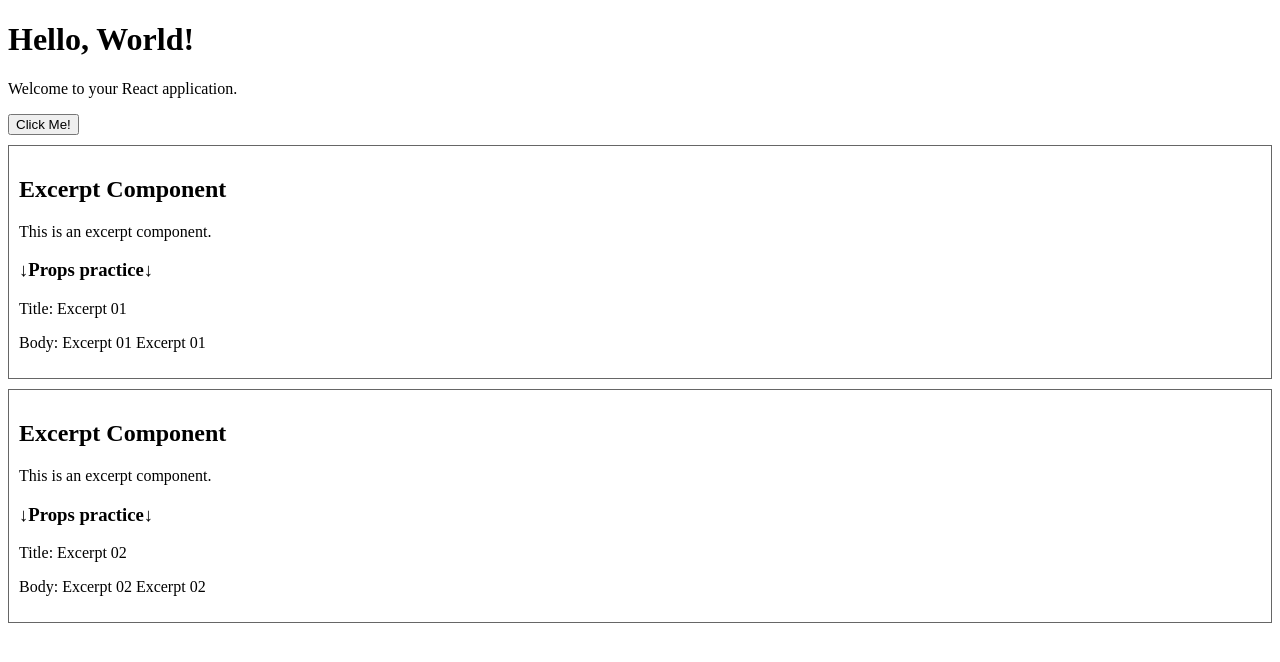
Repository: wendeshiro/D3-F-week1
Page: /
The author's editor kept a copy of each file at every save. The page is drawn from the files as they stood at one save, then again after a run of saves.
The browser window is 1280 px wide. The pictures show the whole page.
The project was rebuilt for these pictures with package versions that can differ from the ones it lists, and the page was loaded fresh each time. Also part of the build but not shown: vite.config.js.

Above is the page before, as saved 2025-09-08 16:01:06.

### index.html
<!doctype html>
<html lang="en">

<head>
  <meta charset="UTF-8" />
  <link rel="icon" type="image/svg+xml" href="/vite.svg" />
  <meta name="viewport" content="width=device-width, initial-scale=1.0" />
  <link rel="icon" href="/public/favicon.ico" type="image/x-icon" />
  <title>Week 01!!!</title>
</head>

<body>
  <div id="root">

  </div>
  <script type="module" src="/src/main.jsx"></script>
</body>

</html>

### src/index.css
.excerpt {
    border: 1px solid #666666;
    padding: 10px;
    margin: 10px 0;
    corner
}

### src/App.jsx
function App() {
  return (
    <div className="title">
      <h1>Hello, World!</h1>
      <p>Welcome to your React application.</p>
      <button>Click Me!</button>
      <Excerpt title="Excerpt 01" body="Excerpt 01 Excerpt 01"/>
      <Excerpt title="Excerpt 02" body="Excerpt 02 Excerpt 02"/>
    </div>
  );
}

// function Excerpt(props) {
//   return (
//     <div className="Excerpt">
//       <h2>Excerpt Component</h2>
//       <p>This is an excerpt component.</p>
//       <h3>↓Props practice↓</h3>
//       <p>Title: {props.title}</p>
//       <p>Body: {props.body}</p>
//     </div>
//   );
// }

// ↓ same as above but using destructuring
function Excerpt({title, body}) {
  return (
    <div className="excerpt">
      <h2>Excerpt Component</h2>
      <p>This is an excerpt component.</p>
      <h3>↓Props practice↓</h3>
      <p>Title: {title}</p>
      <p>Body: {body}</p>
    </div>
  );
}


export default App;

Loaded but not shown: src/main.jsx (common file)

After the next 4 saves:
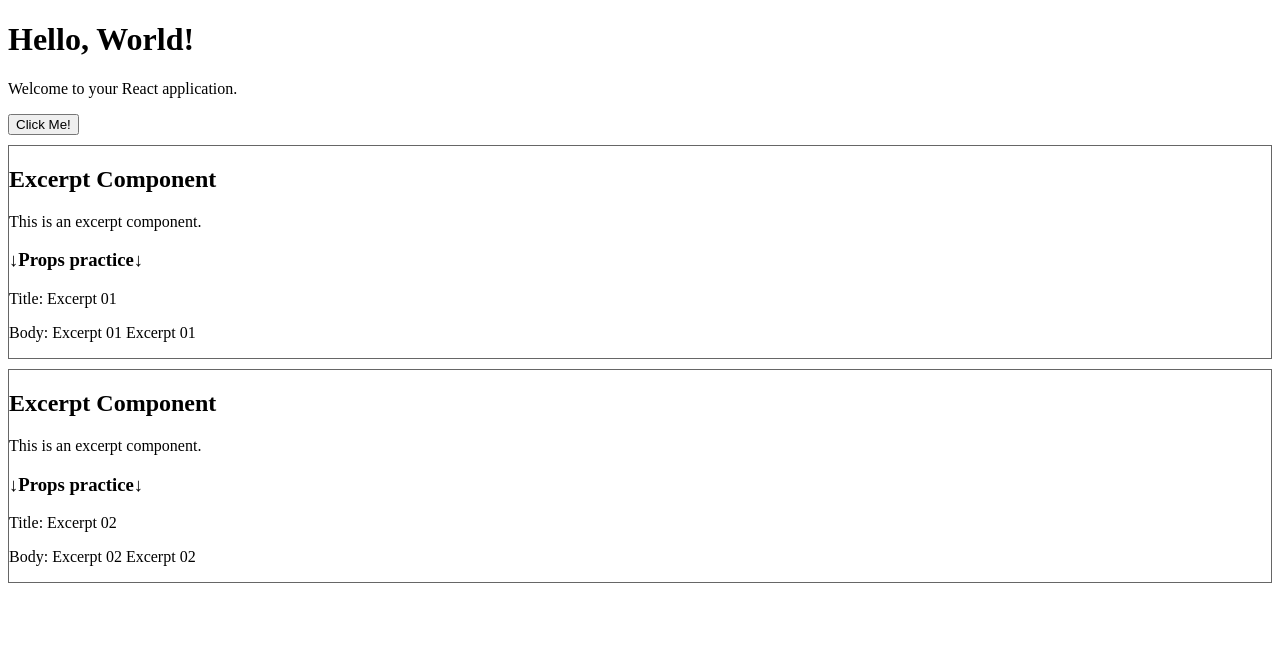
The 4 saves are shown as one change because they came seconds apart.
The last was saved 11 s later.
--- a/src/index.css
+++ b/src/index.css
@@ -1,6 +1,7 @@
 .excerpt {
     border: 1px solid #666666;
+    border
     padding: 10px;
     margin: 10px 0;
-    corner
+
 }

After the 2 saves that followed:
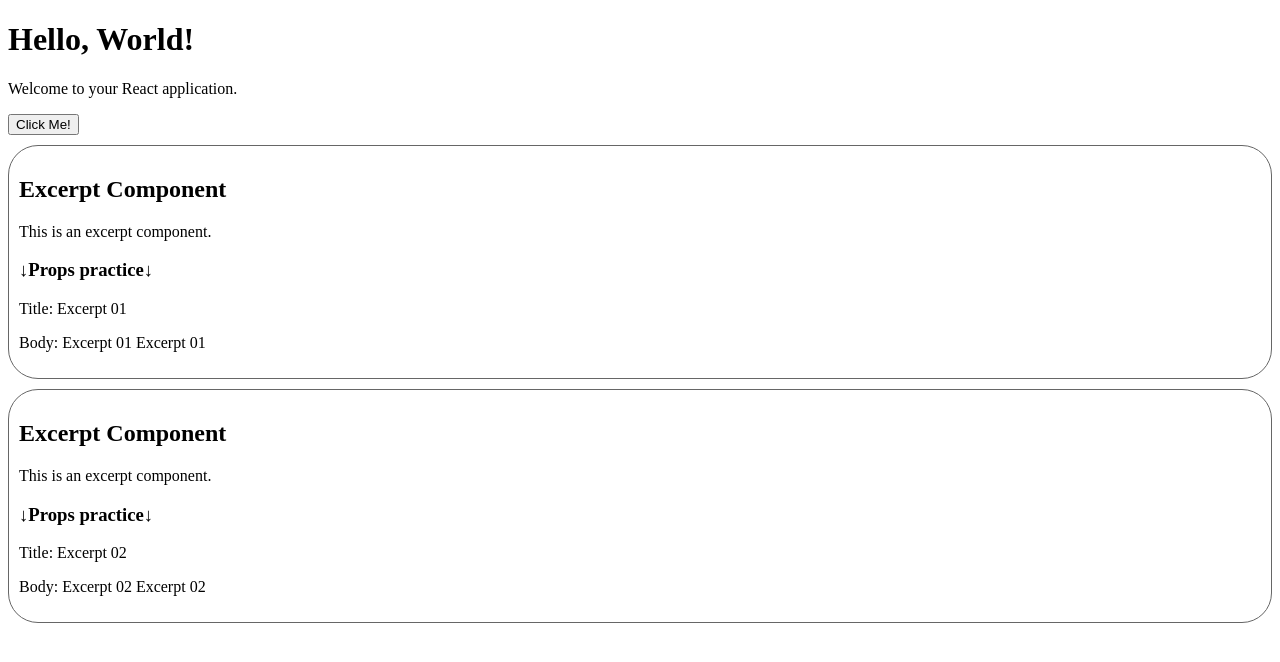
The 2 saves are shown as one change because they came seconds apart.
The last was saved 7 s later.
--- a/src/index.css
+++ b/src/index.css
@@ -1,6 +1,6 @@
 .excerpt {
     border: 1px solid #666666;
-    border
+    border-radius: 30px;
     padding: 10px;
     margin: 10px 0;
 
